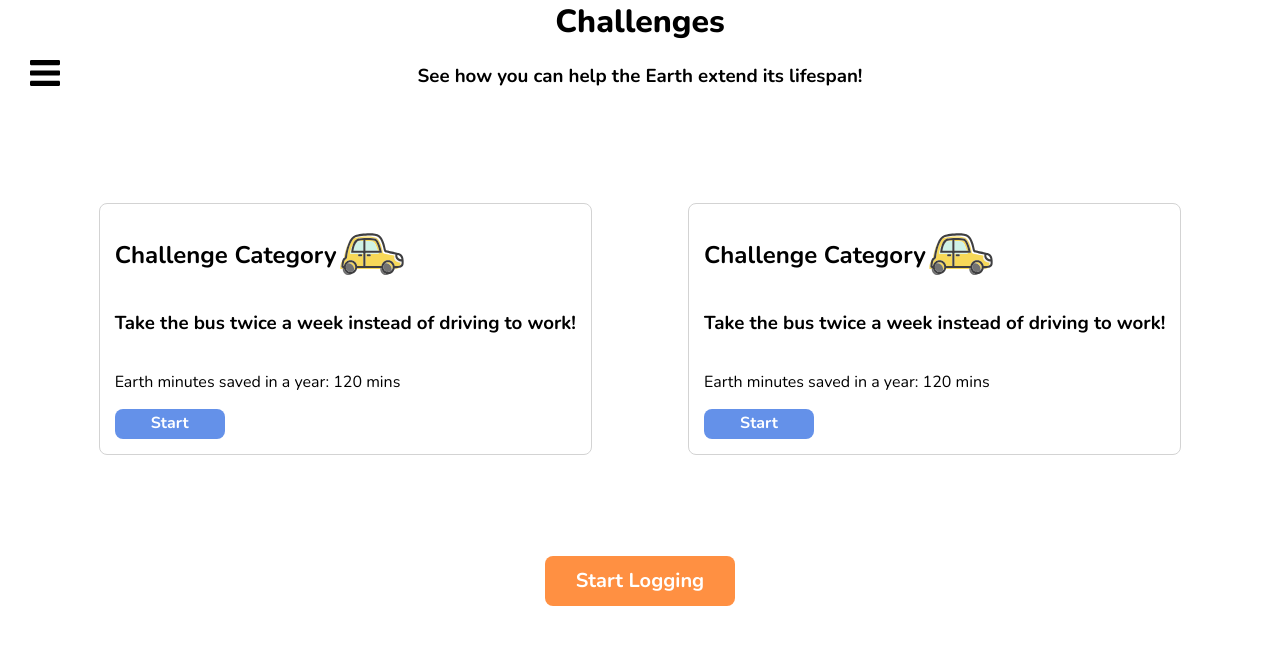
Repository: cho196/Timearth
Page: /challenges
These files come from the project's save history. The page is drawn as it stood at one moment and after the next save; the edit follows.
The browser window is 1280 px wide. The pictures show the whole page.
The project was rebuilt for these pictures with package versions that can differ from the ones it lists, and the page was loaded fresh each time. The framework's server and built-in components were replaced by stand-ins that run in the browser. Also part of the build but not shown: next.config.js.

Above is the page before, as saved 2022-04-12 22:23:21.

### pages/challenges.js
import ChallengeCont from "../comps/Challenge_cont";
import Layout from "../comps/Layout/page"

export default function Challenges() {
    return <div>
    <Layout></Layout>
    <h1>Challenges</h1>
        <h3>See how you can help the Earth
extend its lifespan!</h3>
        <div class="challenges">
        <ChallengeCont></ChallengeCont>
        <ChallengeCont></ChallengeCont>
        </div>
    </div>
}

### styles/globals.css
@import url('https://fonts.googleapis.com/css2?family=Nunito:wght@400;500;600;700;800&display=swap');

html,
body {
  padding: 0;
  margin: 0;
  font-family: 'Nunito', sans-serif;
  text-align: center;
}

a {
  color: inherit;
  text-decoration: none;
}

* {
  box-sizing: border-box;
}

h1 {
    font-weight: 800;
    font-size: 32px;
    line-height: 44px;
    width: 90%;
    margin:auto;
}

h4 {
    font-weight: 400;
    font-size: 18px;
    line-height: 25px;
    margin-top: 0;
    width: 90%;
}

button {
    font-family: 'Nunito', sans-serif;
    border: none;
    font-style: normal;
    cursor: pointer;
}

.logomark {
    width: 12em;
    height: 12em;
    margin-top: 2em;
}

.background-shape {
    position: absolute;
    bottom: 0;
    height: 30%;
    width: 100%;
    border-radius: 50% 50% 0 0;
    background-color: #6B97ED;
    z-index: -1;
}

.section-selection {
    display: flex;
    flex-wrap: wrap;
    justify-content: center;
}

/* challenges */
.challenges {
    display:flex;
    flex-wrap:wrap;
    justify-content: center;
    padding:3em;
}
.challenge-heading {
    display:flex;
    justify-content:space-between;
}

@media only screen and (max-width: 600px) and (max-height: 750px){
    .logomark {
        width: 10em;
        height: 10em;
        margin-top: 0.5em;
    }

    h1 {
        font-size: 24px;
    }

    h4 {
        font-size: 16px;
    }

}

### comps/Challenge_cont.js
import { useRouter } from "next/router";
import styled from 'styled-components';
import { cat1, cat2, cat3, cat4, cat5, cat6 } from "../data/intro_content";
import { SecondaryButton } from "./Button";


const Challenge_cont = styled.div`
border:1px solid lightgrey;
border-radius:8px;
display:flex;
flex-direction:column;
align-items:flex-start;
padding:15px;
margin:3em;
`


export function ChallengeHeading() {
    return <div class="challenge-heading">
       <h2 class="challenge-h2">Challenge Category</h2>
        <img class="challenge-img" src={cat1.img} />
    </div>
}

export default function ChallengeCont() {
    return <Challenge_cont>
        <ChallengeHeading />
        <h3>Take the bus twice a week instead of driving to work!</h3>
        <p>Earth minutes saved in a year: 120 mins</p>
        <SecondaryButton></SecondaryButton>
    </Challenge_cont>
}

### comps/Layout/page.js
import { useRouter } from "next/router";
import styled from 'styled-components';
import Menu from "../Menu";
import { PrimaryButton } from '../Button'

const LayoutComp = styled.div`
    display: flex;
    flex-direction: column;
    justify-content: center;
    align-items: center;
`

export default function Layout() {

    return (
        <LayoutComp>
            <Menu />
            <PrimaryButton/>
        </LayoutComp>
    )
}

### data/intro_content.js
export const PageTitle ="Let’s Start!"

export const cat1 = {
    title: "Transportation",
    img: "/transportation.svg"
}

export const cat2 = {
    title: "Food",
    img: "/food.svg"
}

export const cat3 = {
    title: "Water",
    img: "/water.svg"
}

export const cat4 = {
    title: "Electricity",
    img: "/electricity.svg"
}

export const cat5 = {
    title: "Waste",
    img: "/waste.svg"
}

export const cat6 = {
    title: "Shopping",
    img: "/shopping.svg"
}

### comps/Button.js
import { BtnStyle, BtnText, TextBtnStyle } from "../data/index_content"
import { useRouter } from "next/router";
import styled from 'styled-components';

const Button = styled.button`
    background-color: ${props => BtnStyle[props.BtnStyle].bgcolor};
    color: ${props => BtnStyle[props.BtnStyle].txtcolor};
    font-weight: 700;
    font-size: 20px;
    line-height: 27px;
    border-radius: 8px;
    width: 190px;
    height: 50px;
    bottom: 15.88%;
    position: absolute;
`
const TextButton = styled.div`
    display: flex;
    position: absolute;
    font-style: normal;
    font-weight: 700;
    font-size: 18px;
    line-height: 25px;
    cursor: pointer;
    left: ${props => TextBtnStyle[props.TextBtnStyle].left};
    right: ${props => TextBtnStyle[props.TextBtnStyle].right};
    top: 45px;
    color: ${props => TextBtnStyle[props.TextBtnStyle].color}
`
const StartButton = styled.button`
    background-color: ${props => BtnStyle[props.BtnStyle].bgcolor};
    color: ${props => BtnStyle[props.BtnStyle].txtcolor};
    font-weight: 700;
    font-size: 16px;
    line-height: 27px;
    border-radius: 8px;
    width: 110px;
    height: 30px;
`

export function BackButton() {
    const r = useRouter();

    return <TextButton
        TextBtnStyle="back"
        onClick={
            () => {
                r.replace(
                    {
                        pathname: "/intro"
                    }
                )
            }
        }>
        <img src ="../chevronleft.svg"></img>
        {BtnText.back}
    </TextButton>
}

export function SkipButton() {
    // const r = useRouter();

    return <TextButton
        TextBtnStyle = "skip">
        {BtnText.skip}
    </TextButton>
}

export function CTAButton() {
    const r = useRouter();

    return <Button
        BtnStyle="white"
        onClick={
            () => {
                r.replace(
                    {
                        pathname: "/intro"
                    }
                )
            }
        }
    >{BtnText.index}
    </Button>
}

export function PrimaryButton() {
    const r = useRouter();
    return <Button
        BtnStyle="orange"
        onClick={
            () => {
                r.replace(
                    {
                        pathname: "/questions"
                    }
                )
            }
        }
    >{BtnText.intro}
    </Button>
}

export function NextButton() {
    const r = useRouter();

    return <Button
        BtnStyle="white"
        onClick={
            () => {
                r.replace(
                    {
                        pathname: "/intro"
                    }
                )
            }
        }
    >{BtnText.next}
    </Button>
}

export function SecondaryButton() {
    const r = useRouter();

    return <StartButton
        BtnStyle="blue"
        onClick={
            () => {
                r.replace(
                    {
                        pathname: "./"
                    }
                )
            }
        }
    >{BtnText.start}
    </StartButton>
}

### comps/Menu.js
import { useRouter } from "next/router";
import styled from 'styled-components';

const Hamburger = styled.img`
    position: absolute;
    width: 30px;
    height: 26px;
    left: 30px;
    top: 60px;
    cursor: pointer;
`

export default function Menu() {

    return <Hamburger
        src="/hamburger.svg"
        alt="Hamburger Menu"
        onClick={
            () => {

            }
        }
    />

}

### data/index_content.js
export const PageTitle = "It’s time to log your changes!";

export const TextBtnStyle = {
    back: {
        color: "#000000",
        left: "14px"

    },

    skip: {
        color: "#BFBFBF",
        right: "30px"
    }
}

export const BtnStyle = {
    blue: {
        bgcolor: "#6491E9",
        txtcolor: "#FFFFFF"
    },

    orange: {
        bgcolor: "#FF9042",
        txtcolor: "#FFFFFF"
    },

    white: {
        bgcolor: "#FFFFFF",
        txtcolor: "#000000"
    },

    inactive: {
        bgcolor: "#DADADA",
        txtcolor: "#FFFFFF"
    }
}

export const BtnText = {
    index: "Get Started",
    intro: "Start Logging",
    next: "Next",
    back: "Back",
    skip: "Skip",
    start: "Start"
}

Loaded but not shown: pages/_app.js (common file)

After the next save:
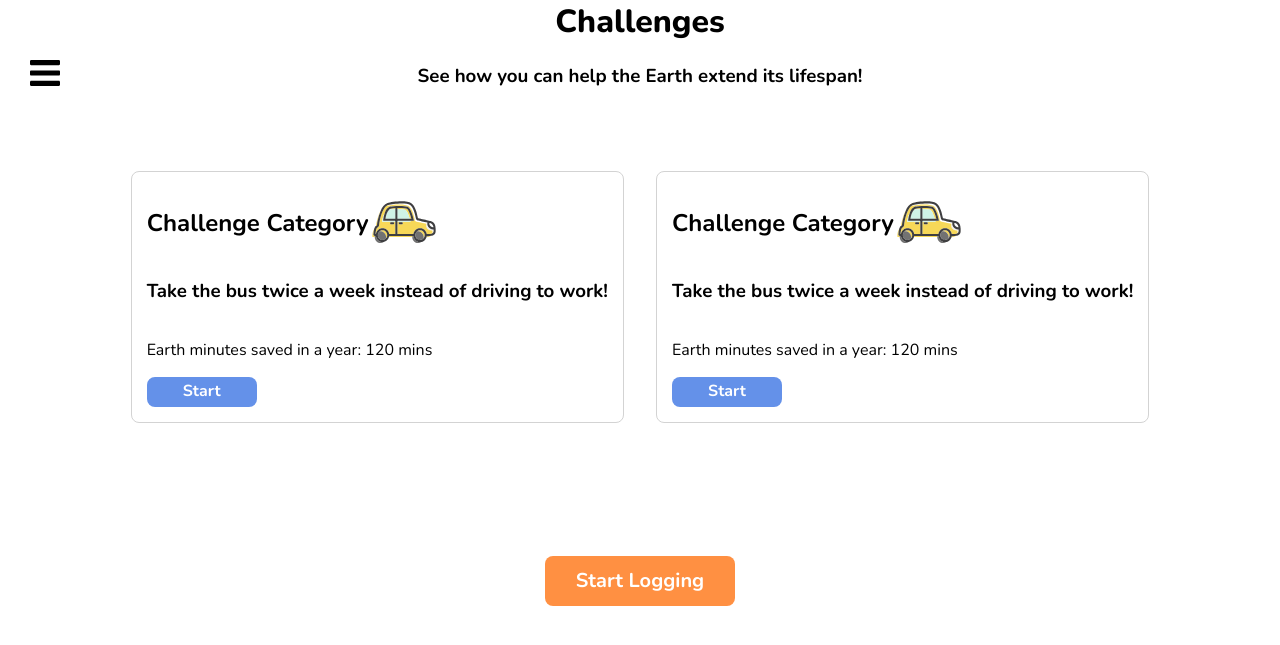
Saved 7 s later.
--- a/comps/Challenge_cont.js
+++ b/comps/Challenge_cont.js
@@ -11,7 +11,7 @@ display:flex;
 flex-direction:column;
 align-items:flex-start;
 padding:15px;
-margin:3em;
+margin:1em;
 `
 
 
